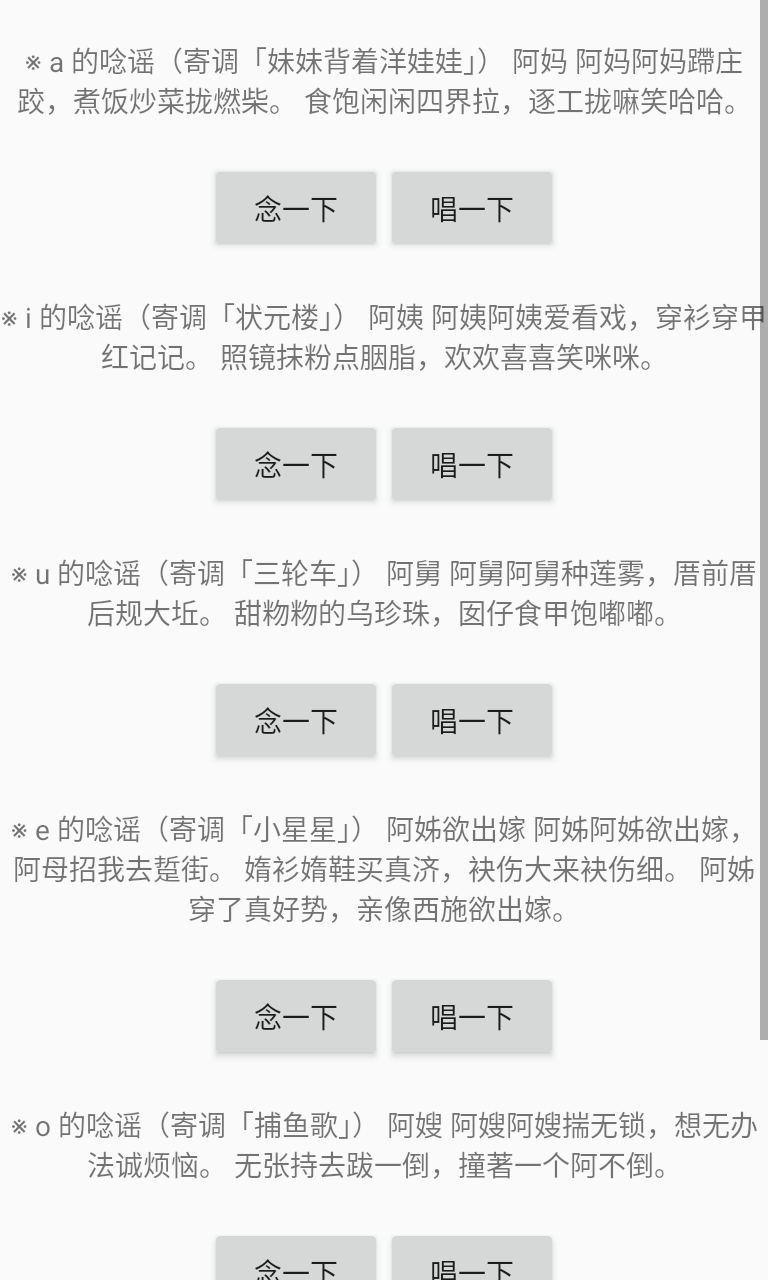
Repository: DIRONY/MinXue
Layout: MinXue/res/layout/fragment_nianyao.xml
The author's editor kept a copy of each file at every save. The layout is drawn from the files as they stood at one save, then again after the next save.
It is drawn on a 768 x 1280 px phone screen (xhdpi) without system bars, with theme AppTheme; the app's code is not run.

Above is the layout before, as saved 2014-12-03 06:26:19.

### MinXue/res/layout/fragment_nianyao.xml
<?xml version="1.0" encoding="utf-8"?>
<ScrollView xmlns:android="http://schemas.android.com/apk/res/android"
    android:layout_width="match_parent"
    android:layout_height="match_parent" >

    <LinearLayout
        android:layout_width="match_parent"
        android:layout_height="wrap_content"
        android:orientation="vertical" >

        <TextView
            android:layout_width="match_parent"
            android:layout_height="wrap_content"
            android:layout_gravity="fill_vertical"
            android:layout_marginTop="20dp"
            android:gravity="center"
            android:text="※ a 的唸谣（寄调「妹妹背着洋娃娃」）
阿妈
阿妈阿妈蹛庄跤，煮饭炒菜拢燃柴。
食饱闲闲四界拉，逐工拢嘛笑哈哈。" />

        <LinearLayout
            android:layout_width="wrap_content"
            android:layout_height="wrap_content"
            android:layout_gravity="center"
            android:layout_marginTop="20dp"
            android:orientation="horizontal" >

            <Button
                android:id="@+id/a_read"
                android:layout_width="wrap_content"
                android:layout_height="wrap_content"
                style="?android:attr/button"
                android:text="念一下" />

            <Button
                android:id="@+id/a_sing"
                android:layout_width="wrap_content"
                android:layout_height="wrap_content"
                style="?android:attr/button"
                android:text="唱一下" />
        </LinearLayout>

        <TextView
            android:layout_width="match_parent"
            android:layout_height="wrap_content"
            android:layout_gravity="fill_vertical"
            android:layout_marginTop="20dp"
            android:gravity="center"
            android:text="※ i 的唸谣（寄调「状元楼」）
阿姨
阿姨阿姨爱看戏，穿衫穿甲红记记。
照镜抹粉点胭脂，欢欢喜喜笑咪咪。" />

        <LinearLayout
            android:layout_width="wrap_content"
            android:layout_height="wrap_content"
            android:layout_gravity="center"
            android:layout_marginTop="20dp"
            android:orientation="horizontal" >

            <Button
                android:id="@+id/i_read"
                style="?android:attr/button"
                android:layout_width="wrap_content"
                android:layout_height="wrap_content"
                android:text="念一下" />

            <Button
                android:id="@+id/i_sing"
                style="?android:attr/button"
                android:layout_width="wrap_content"
                android:layout_height="wrap_content"
                android:text="唱一下" />
        </LinearLayout>

        <TextView
            android:layout_width="match_parent"
            android:layout_height="wrap_content"
            android:layout_gravity="fill_vertical"
            android:layout_marginTop="20dp"
            android:gravity="center"
            android:text="※ u 的唸谣（寄调「三轮车」）
阿舅
阿舅阿舅种莲雾，厝前厝后规大坵。
甜粅粅的乌珍珠，囡仔食甲饱嘟嘟。" />
         <LinearLayout
            android:layout_width="wrap_content"
            android:layout_height="wrap_content"
            android:layout_gravity="center"
            android:layout_marginTop="20dp"
            android:orientation="horizontal" >

            <Button
                android:id="@+id/u_read"
                style="?android:attr/button"
                android:layout_width="wrap_content"
                android:layout_height="wrap_content"
                android:text="念一下" />

            <Button
                android:id="@+id/u_sing"
                style="?android:attr/button"
                android:layout_width="wrap_content"
                android:layout_height="wrap_content"
                android:text="唱一下" />
        </LinearLayout>
         <TextView
            android:layout_width="match_parent"
            android:layout_height="wrap_content"
            android:layout_gravity="fill_vertical"
            android:layout_marginTop="20dp"
            android:gravity="center"
            android:text="※ e 的唸谣（寄调「小星星」）
阿姊欲出嫁
阿姊阿姊欲出嫁，阿母招我去踅街。
媠衫媠鞋买真济，袂伤大来袂伤细。
阿姊穿了真好势，亲像西施欲出嫁。" />
          <LinearLayout
            android:layout_width="wrap_content"
            android:layout_height="wrap_content"
            android:layout_gravity="center"
            android:layout_marginTop="20dp"
            android:orientation="horizontal" >

            <Button
                android:id="@+id/e_read"
                style="?android:attr/button"
                android:layout_width="wrap_content"
                android:layout_height="wrap_content"
                android:text="念一下" />

            <Button
                android:id="@+id/e_sing"
                style="?android:attr/button"
                android:layout_width="wrap_content"
                android:layout_height="wrap_content"
                android:text="唱一下" />
        </LinearLayout>
         <TextView
            android:layout_width="match_parent"
            android:layout_height="wrap_content"
            android:layout_gravity="fill_vertical"
            android:layout_marginTop="20dp"
            android:gravity="center"
            android:text="※ o 的唸谣（寄调「捕鱼歌」）
阿嫂
阿嫂阿嫂揣无锁，想无办法诚烦恼。
无张持去跋一倒，撞著一个阿不倒。" />
           <LinearLayout
            android:layout_width="wrap_content"
            android:layout_height="wrap_content"
            android:layout_gravity="center"
            android:layout_marginTop="20dp"
            android:orientation="horizontal" >

            <Button
                android:id="@+id/o_read"
                style="?android:attr/button"
                android:layout_width="wrap_content"
                android:layout_height="wrap_content"
                android:text="念一下" />

            <Button
                android:id="@+id/o_sing"
                style="?android:attr/button"
                android:layout_width="wrap_content"
                android:layout_height="wrap_content"
                android:text="唱一下" />
        </LinearLayout>
          <TextView
            android:layout_width="match_parent"
            android:layout_height="wrap_content"
            android:layout_gravity="fill_vertical"
            android:layout_marginTop="20dp"
            android:gravity="center"
            android:text="※ oo 的唸谣（寄调「小甜甜」）
阿祖
阿祖阿祖起烘炉，鰇鱼烘甲酥稣稣。
芳味冲甲规条路，孙仔食甲揽腹肚。" />
            <LinearLayout
            android:layout_width="wrap_content"
            android:layout_height="wrap_content"
            android:layout_gravity="center"
            android:layout_marginTop="20dp"
            android:orientation="horizontal" >

            <Button
                android:id="@+id/oo_read"
                style="?android:attr/button"
                android:layout_width="wrap_content"
                android:layout_height="wrap_content"
                android:text="念一下" />

            <Button
                android:id="@+id/oo_sing"
                style="?android:attr/button"
                android:layout_width="wrap_content"
                android:layout_height="wrap_content"
                android:text="唱一下" />
        </LinearLayout>
    </LinearLayout>
</ScrollView>

### MinXue/res/drawable/actionbar_tab_indicator.xml
<?xml version="1.0" encoding="utf-8"?>
<selector xmlns:android="http://schemas.android.com/apk/res/android" >
    <!-- STATES WHEN BUTTON IS NOT PRESSED -->

    <!-- Non focused states -->
    <item android:state_focused="false" android:state_selected="false"
          android:state_pressed="false"
          android:drawable="@color/softyellow" />
    <item android:state_focused="false" android:state_selected="true"
          android:state_pressed="false"
          android:drawable="@color/softred" />

    <!-- Focused states (such as when focused with a d-pad or mouse hover) -->
    <item android:state_focused="true" android:state_selected="false"
          android:state_pressed="false"
          android:drawable="@color/softyellow" />
    <item android:state_focused="true" android:state_selected="true"
          android:state_pressed="false"
          android:drawable="@color/softred" />


<!-- STATES WHEN BUTTON IS PRESSED -->

    <!-- Non focused states -->
    <item android:state_focused="false" android:state_selected="false"
          android:state_pressed="true"
          android:drawable="@color/softyellow" />
    <item android:state_focused="false" android:state_selected="true"
        android:state_pressed="true"
        android:drawable="@color/softred" />

    <!-- Focused states (such as when focused with a d-pad or mouse hover) -->
    <item android:state_focused="true" android:state_selected="false"
          android:state_pressed="true"
          android:drawable="@color/softyellow" />
    <item android:state_focused="true" android:state_selected="true"
          android:state_pressed="true"
          android:drawable="@color/softred" />

</selector>

### MinXue/res/values/color.xml
<?xml version="1.0" encoding="utf-8"?>
<resources>
    <color name="deepblue">#0067a6</color>
    <color name="tab_background_color">#f2e7da</color>
    <color name="softgreen">#008972</color>
    <color name="softyellow">#efc028</color>
    <color name="softred">#f2572d</color>

</resources>

Loaded but not shown: MinXue/res/values/styles.xml (common file); MinXue/res/values-v11/styles.xml (common file); MinXue/res/values-v14/styles.xml (common file)

After the next save:
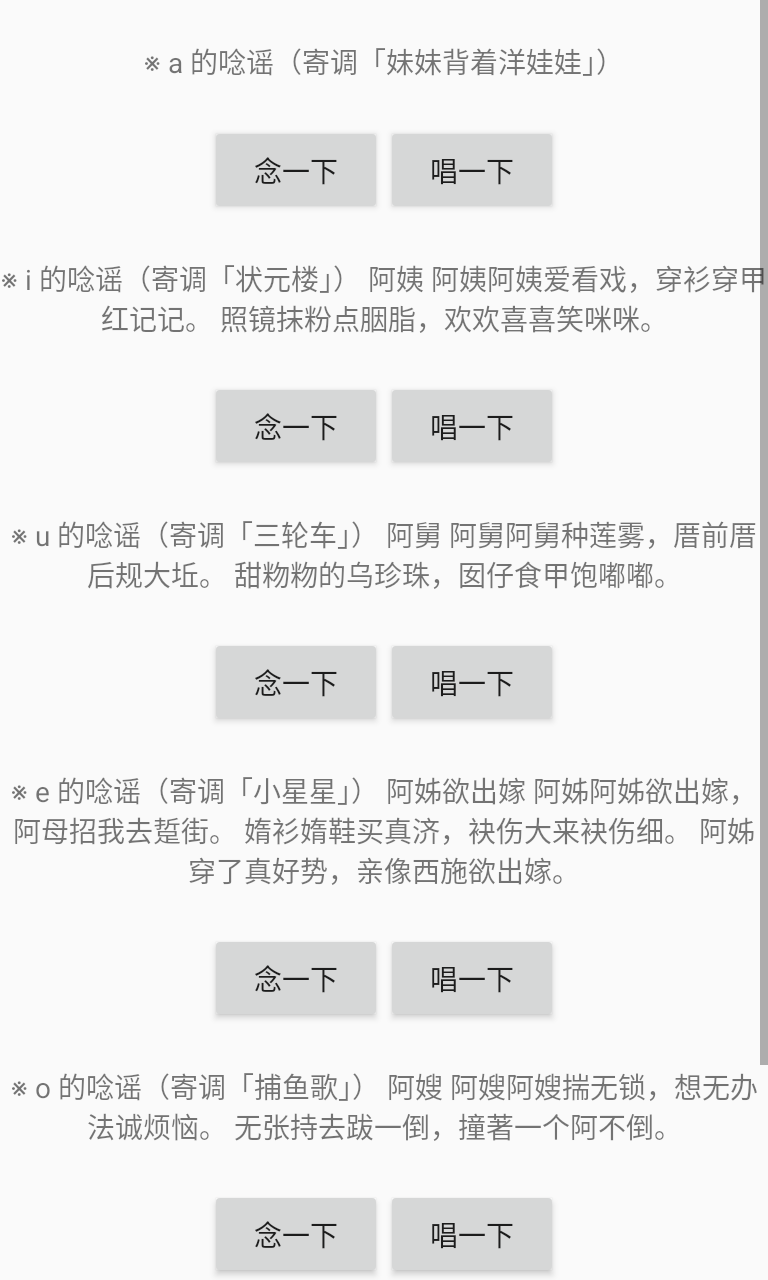
Saved 2 min 32 s later.
--- a/MinXue/res/layout/fragment_nianyao.xml
+++ b/MinXue/res/layout/fragment_nianyao.xml
@@ -14,10 +14,7 @@
             android:layout_gravity="fill_vertical"
             android:layout_marginTop="20dp"
             android:gravity="center"
-            android:text="※ a 的唸谣（寄调「妹妹背着洋娃娃」）
-阿妈
-阿妈阿妈蹛庄跤，煮饭炒菜拢燃柴。
-食饱闲闲四界拉，逐工拢嘛笑哈哈。" />
+            android:text="※ a 的唸谣（寄调「妹妹背着洋娃娃」）"/>
 
         <LinearLayout
             android:layout_width="wrap_content"
